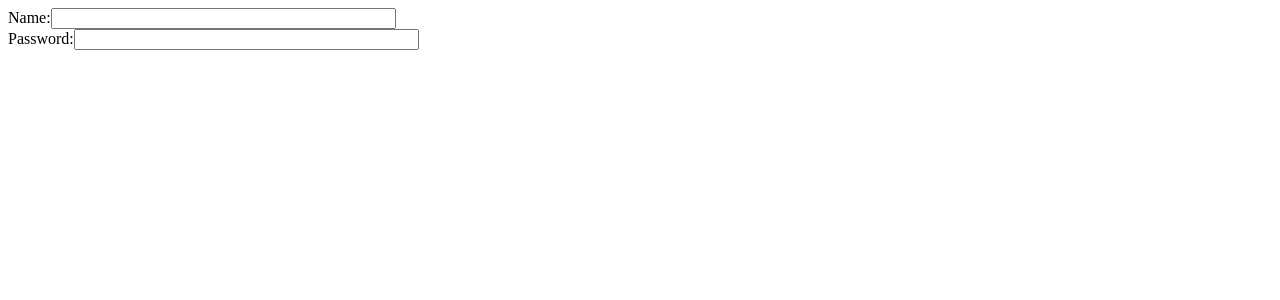
Repository: jeungmin717/BookStore
Page: BookStore/webProgramming/web01/WebContent/silsup/11.5.3.html
An editor plug-in stored every save of this project. The page is shown before and after the next save, followed by the edit.
The browser window is 1280 px wide. The pictures show the whole page.

Above is the page before, as saved 2017-05-31 12:36:45.

After the next save:
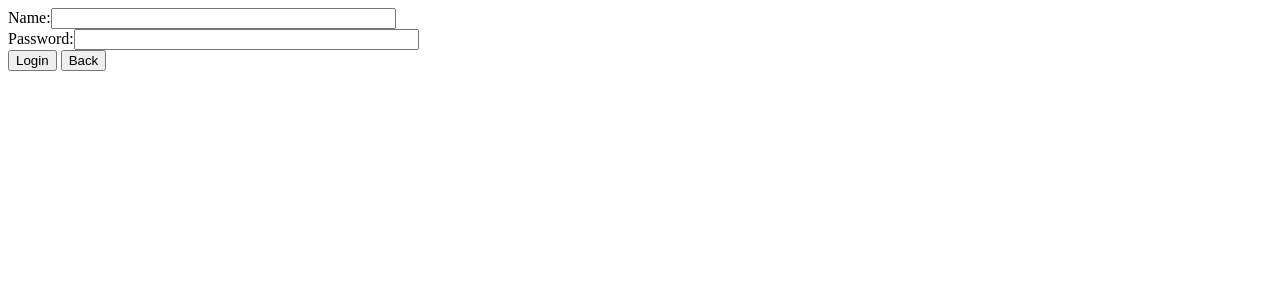
Saved 76 s later.
--- a/BookStore/webProgramming/web01/WebContent/silsup/11.5.3.html
+++ b/BookStore/webProgramming/web01/WebContent/silsup/11.5.3.html
@@ -9,7 +9,8 @@
 
 Name:<input type="text" name="name" size ="40"><br>
 Password:<input type = "password" name="pwd" size="40"><br>
-
+<input type ="submit" value ="Login">
+<input type ="reset" value ="Back">
 
 
 </form>
